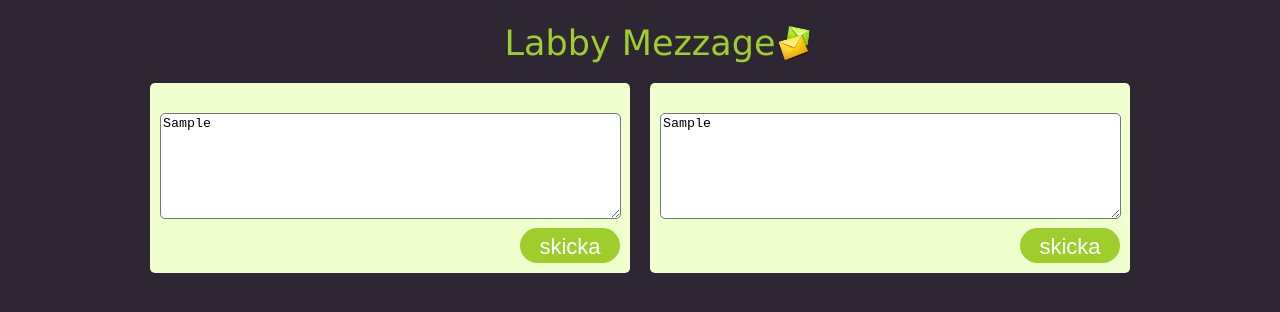
Repository: ad222kr/1dv403-laborationer
Page: 2-labbymezzage/index.html
The author's editor kept a record of every edit. The page is drawn from the files as they stood at one moment, then again after the next edit.
The browser window is 1280 px wide. The pictures show the whole page.
Empty fields were first filled with sample values (such as "Sample", 5 or name@example.com).
After loading, the first visible `input.button` was clicked once.

Above is the page before.
Console error: TypeError: Cannot read properties of null (reading 'reset')

After the next edit:
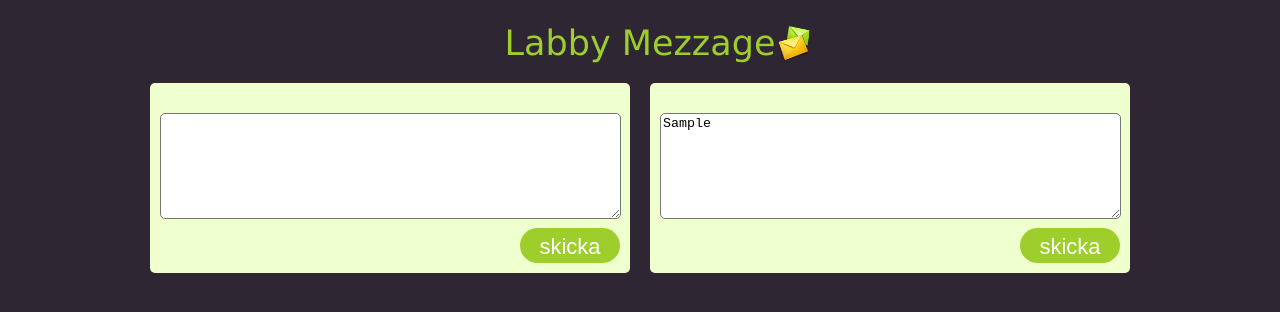
The error is gone.
The edit:
--- a/2-labbymezzage/js/MessageBoard.js
+++ b/2-labbymezzage/js/MessageBoard.js
@@ -48,7 +48,9 @@
         // Adds message to array and renders it
         messages.push(mess);
         console.log(messages.length);
-        document.getElementById("form").reset();
+
+        // Resets the text-area
+        document.getElementsByClassName("form")[0].reset();
     };
 
     this.renderMessage = function(){
